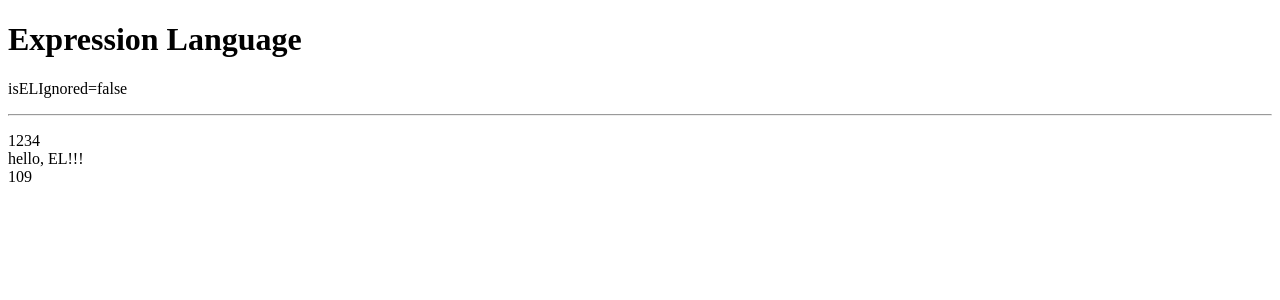
Repository: jsb5589/JAVAStudy
Page: http://localhost/JSP04/elTest5.jsp
An editor plug-in stored every save of this project. The page is shown before and after the next save, followed by the edit.
The browser window is 1280 px wide. The pictures show the whole page.
The page is served by Tomcat 9.

Above is the page before, as saved 2021-08-12 05:52:47.

After the next save:
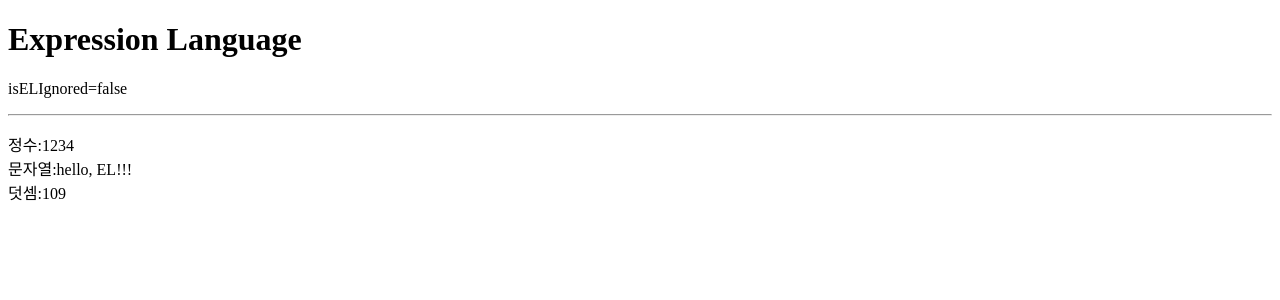
Saved 28 s later.
--- a/EZWebs/JSP04/src/main/webapp/elTest5.jsp
+++ b/EZWebs/JSP04/src/main/webapp/elTest5.jsp
@@ -11,8 +11,8 @@
 	<p>isELIgnored=false</p>
 	<hr>
 	<p>
-		${1234} <br>
-		${"hello, EL!!!"} <br>
-		${10+99}
+		정수:${1234} <br>
+		문자열:${"hello, EL!!!"} <br>
+		덧셈:${10+99}
 </body>
 </html>
